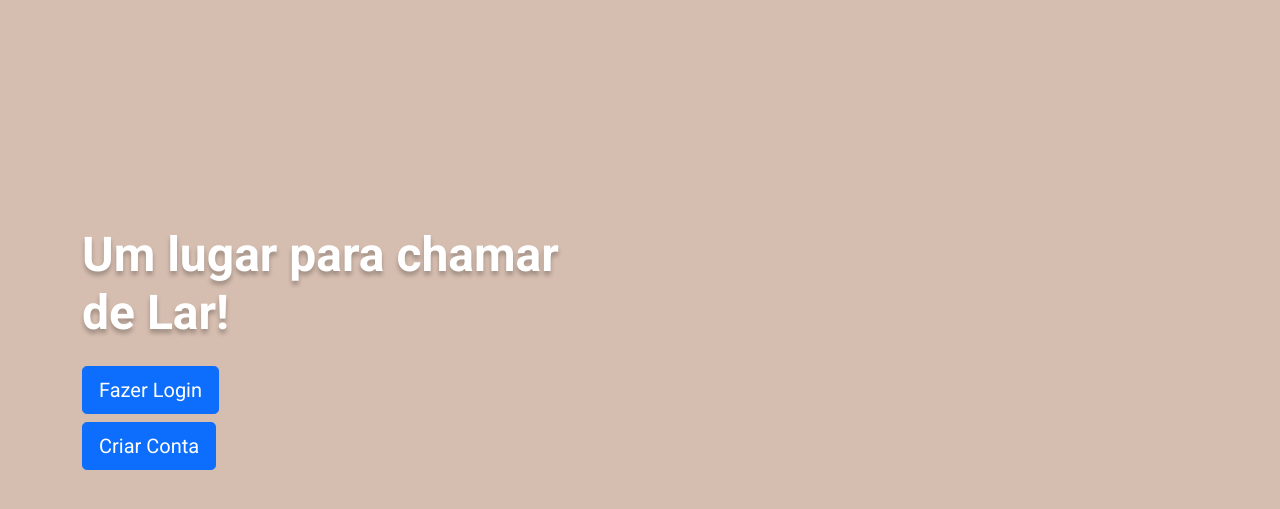
Repository: telesbp/Projeto-4-e-Projeto-5
Page: / (app in front-end/)
The author's editor kept a copy of each file at every save. The page is drawn from the files as they stood at one save, then again after the next save.
The browser window is 1280 px wide. The pictures show the whole page.
The project was rebuilt for these pictures with package versions that can differ from the ones it lists, and the page was loaded fresh each time.

Above is the page before, as saved 2022-07-17 14:09:36.

### front-end/public/index.html
<!DOCTYPE html>
<html lang="pt-BR">
  <head>
    <meta charset="utf-8" />
    <link rel="icon" href="%PUBLIC_URL%/favicon.ico" />
    <meta name="viewport" content="width=device-width, initial-scale=1" />
    <meta name="theme-color" content="#000000" />
    <meta
      name="description"
      content="Seu negócio automatizado!"
    />
    <link rel="apple-touch-icon" href="%PUBLIC_URL%/logo192.png" />
    <!--
      manifest.json provides metadata used when your web app is installed on a
      user's mobile device or desktop. See https://developers.google.com/web/fundamentals/web-app-manifest/
    -->
    <link rel="manifest" href="%PUBLIC_URL%/manifest.json" />
    <!--
      Notice the use of %PUBLIC_URL% in the tags above.
      It will be replaced with the URL of the `public` folder during the build.
      Only files inside the `public` folder can be referenced from the HTML.

      Unlike "/favicon.ico" or "favicon.ico", "%PUBLIC_URL%/favicon.ico" will
      work correctly both with client-side routing and a non-root public URL.
      Learn how to configure a non-root public URL by running `npm run build`.
    -->
    <title>Stagio</title>

    <link rel="preconnect" href="https://fonts.googleapis.com">
    <link rel="preconnect" href="https://fonts.gstatic.com" crossorigin>
    <link href="https://fonts.googleapis.com/css2?family=Roboto:wght@400;700&display=swap" rel="stylesheet">
  </head>
  <body>
    <noscript>You need to enable JavaScript to run this app.</noscript>
    <div id="root"></div>
    <!--
      This HTML file is a template.
      If you open it directly in the browser, you will see an empty page.

      You can add webfonts, meta tags, or analytics to this file.
      The build step will place the bundled scripts into the <body> tag.

      To begin the development, run `npm start` or `yarn start`.
      To create a production bundle, use `npm run build` or `yarn build`.
    -->
  </body>
</html>

### front-end/src/index.tsx
import React from 'react';
import ReactDOM from 'react-dom/client';
import App from './App';
import 'bootstrap/dist/css/bootstrap.min.css';
import { BrowserRouter } from 'react-router-dom';
import 'react-toastify/dist/ReactToastify.css';
import { ToastContainer } from 'react-toastify';
import { GlobalStyle } from './assets/css/global';

const root = ReactDOM.createRoot(
  document.getElementById('root') as HTMLElement
);
root.render(
  <React.StrictMode>
    <BrowserRouter>
    <GlobalStyle/>
      <App />
      <ToastContainer/>
    </BrowserRouter>
  </React.StrictMode>
);

### front-end/src/App.tsx
import { HomeView } from "./views/Home";

function App() {
  return (
    <HomeView/>
  );
}

export default App;

### front-end/src/assets/css/global.ts
import { createGlobalStyle } from "styled-components";

export const GlobalStyle = createGlobalStyle`
    body{
       font-family: 'Roboto', sans-serif;
    }
`

### front-end/src/views/Home/index.tsx
import { Button, Container } from "react-bootstrap";
import styled from "styled-components";

export function HomeView(){
    return(
        <Banner className="vh-100">
            <Container className="h-100 d-flex flex-column justify-content-center align-items-center align-items-lg-start">
                <Title className="text-center text-white text-lg-start mt-auto mt-lg-0 ">Um lugar para chamar de Lar!</Title>
                <Button size="lg" className="mt-auto mt-lg-3 mb-2">Fazer Login</Button>
                <Button size="lg" className="mb-4">Criar Conta</Button>
            </Container>
        </Banner>
    )
}

const Banner = styled.div`
    background-color: #d5bdaf;
`
const Title = styled.h1`
    font-size: 2.25rem;
    font-weight: bold;
    text-shadow: 0 4px 4px rgba(0, 0, 0, 0.25);
    @media (min-width: 992px){
        font-size: 3rem;
        max-width: 500px;
    }
`

After the next save:
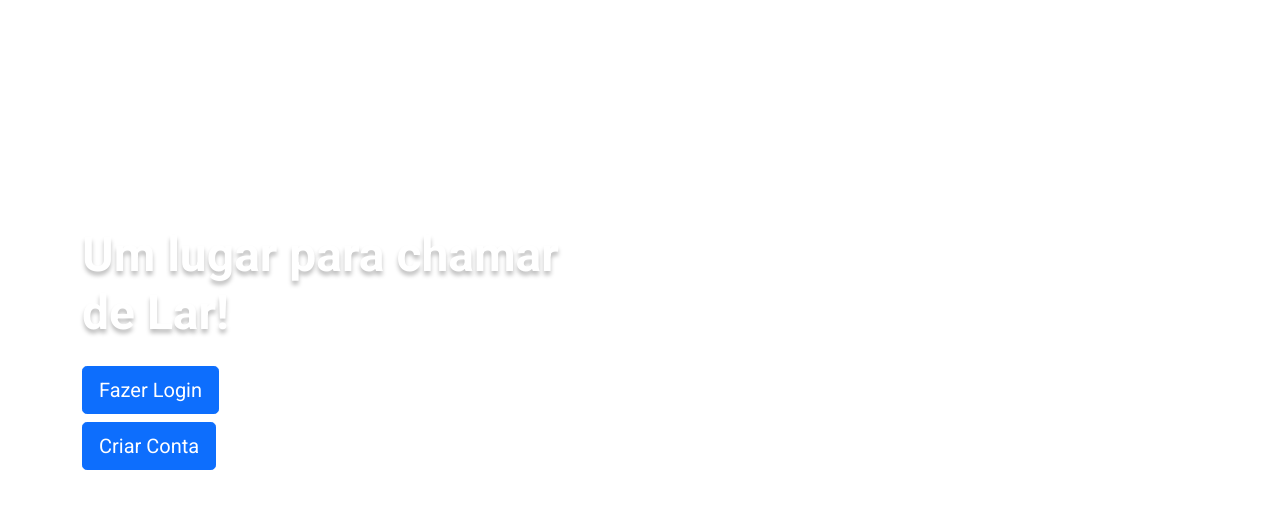
Saved 4 min 23 s later.
--- a/front-end/src/views/Home/index.tsx
+++ b/front-end/src/views/Home/index.tsx
@@ -1,5 +1,6 @@
 import { Button, Container } from "react-bootstrap";
 import styled from "styled-components";
+import bgSite from "../../assets/img/mesa.png"
 
 export function HomeView(){
     return(
@@ -14,7 +15,7 @@ export function HomeView(){
 }
 
 const Banner = styled.div`
-    background-color: #d5bdaf;
+    background-image: url(${bgSite}) no-repeat center center;
 `
 const Title = styled.h1`
     font-size: 2.25rem;
